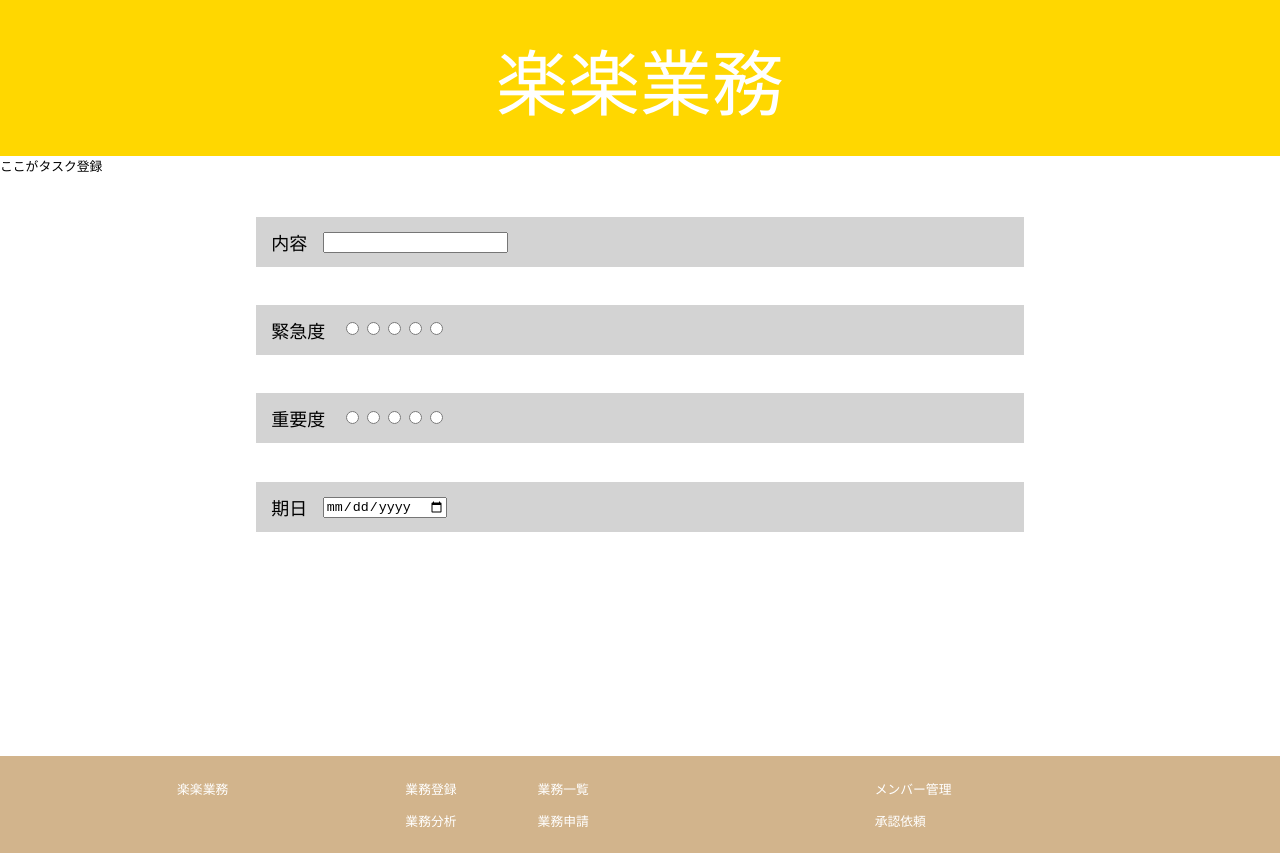
Repository: Reiya-1003/VueReplaceTask
Page: /#/register
These files come from the project's save history. The page is drawn as it stood at one moment and after a run of saves; the edit follows.
The browser window is 1280 px wide. The pictures show the whole page.
The project was rebuilt for these pictures with package versions that can differ from the ones it lists, and the page was loaded fresh each time. Also part of the build but not shown: vue.config.js, src/components/pages/PageHome.vue.

Above is the page before, as saved 2022-06-16 15:38:34.

### public/index.html
<!DOCTYPE html>
<html lang="">
  <head>
    <meta charset="utf-8">
    <meta http-equiv="X-UA-Compatible" content="IE=edge">
    <meta name="viewport" content="width=device-width,initial-scale=1.0">
    <link rel="icon" href="<%= BASE_URL %>favicon.ico">
    <link rel="stylesheet" href="style.css">
    <title><%= htmlWebpackPlugin.options.title %></title>
  </head>
  <body>
    <noscript>
      <strong>We're sorry but <%= htmlWebpackPlugin.options.title %> doesn't work properly without JavaScript enabled. Please enable it to continue.</strong>
    </noscript>
    <div id="app"></div>
    <!-- built files will be auto injected -->
  </body>
</html>

### src/main.js
import Vue from 'vue'
import App from './App.vue'
import router from './roter'

Vue.config.productionTip = false


new Vue({
  router,
  render: h => h(App),
}).$mount('#app')

### src/App.vue
<template>
  <div>
      <PageHeader />

        <!-- <PageHome /> -->
        <router-view />

      <PageFooter />
  </div>
</template>

<script>
import PageHeader from "./components/modules/PageHeader";
import PageFooter from "./components/modules/PageFooter";


export default {
  name: 'App',
  components: {
    PageHeader,
    PageFooter,


  },

}
</script>

<style>

</style>

### src/roter.js
import Vue from 'vue'
import VueRouter from 'vue-router'
import Home from '@/components/pages/PageHome.vue'
import Register from '@/components/pages/PageRegister.vue'




Vue.use(VueRouter)

export default new VueRouter({
  // デフォルトの挙動では URL に `#` が含まれる.
  // URL から hash を取り除くには `mode:history` を指定する
  // mode: 'history',
  base: __dirname,

  routes: [
    {
      path: '/',
      name: 'home',
      component: Home
    },
    {
      path: '/register',
      name: 'register',
      component: Register
    },



  ]

})

### src/components/modules/PageHeader.vue
<template>
  <header id="headerblock">

    <h1 id="title" ><router-link to="/" >楽楽業務</router-link></h1>


  </header>
</template>

<script>
export default {
  name: 'PageHeader',

}
</script>


<style lang="scss" type="text/css">
  #headerblock{
    height: 10%;
    width: 100%;
    background-color: #ffd700;
    h1{
      margin: 0;
      text-align: center;
      padding: 2%;
      color: white;
      font-size: 10vh;
      font-weight: normal;
      a{
      cursor: pointer;
      color: inherit;
      text-decoration: none;
    }
    }


  }
</style>

### src/components/modules/PageFooter.vue
<template>
  <div id="footblock">

    <div class="flexitem1">
      <p><router-link to="/" >楽楽業務</router-link></p>
    </div>
    <div class="flexitem2">
      <div>
        <!-- roter-linkになると思う -->
        <p><router-link to="/register">業務登録</router-link></p>
        <p>業務分析</p>
      </div>
      <div class="item">
        <p>業務一覧</p>
        <p>業務申請</p>
      </div>
    </div>
    <div class="flexitem3">
      <p>メンバー管理</p>
      <p>承認依頼</p>
    </div>


  </div>
</template>

<script>
export default {
  name: 'PageFooter',

}
</script>


<style lang="scss" type="text/css">
  #footblock{
    background-color: #d2b48c;
    color: white;
    display: flex;
    justify-content: space-around;

    .flexitem1{
      width: 100%;
      text-align: center;
      padding-top: 10px;
      padding-bottom: 10px;
      a{
      cursor: pointer;
      color: inherit;
      text-decoration: none;
      }
    }
    .flexitem2{
      width: 100%;
      display: flex;
      padding-top: 10px;
      padding-bottom: 10px;
      justify-content: flex-start;
      a{
      cursor: pointer;
      color: inherit;
      text-decoration: none;
      }
      .item{
        padding-left: 20%;
      }
    }
    .flexitem3{
      padding-top: 10px;
      padding-bottom: 10px;
      padding-left: 5%;
      width: 100%;
      a{
      cursor: pointer;
      color: inherit;
      text-decoration: none;
      }
    }
  }
</style>

### src/components/pages/PageRegister.vue
<template>
  <div style="height: 600px">
    <div>ここがタスク登録</div>

    <div class="listbox">
      <div class="listitem"><span>内容</span><span><input type="text"></span></div>
      <div class="listitem"><span>緊急度</span><span><input type="radio"><input type="radio"><input type="radio"><input type="radio"><input type="radio"></span></div>
      <div class="listitem"><span>重要度</span><span><input type="radio"><input type="radio"><input type="radio"><input type="radio"><input type="radio"></span></div>
      <div class="listitem"><span>期日</span><span><input type="date"></span></div>
    </div>

  </div>
</template>

<script>
export default {
  name: "PageRegister",
};
</script>

<style lang="scss" type="text/css">
.listbox {
  margin: 3px auto;
  height: 400px;
  width: 60%;
  display: flex;
  flex-direction: column;

  .listitem{
   height: 50px;
   display: flex;
   align-items: center;
   margin-top: 5%;
   background-color:lightgray;
   text-align: center;
   span{
     margin-left: 2%;
     font-size: large;
   }
  }




}
</style>

### public/style.css
body{
  margin: 0;
  font-size: 1vmax;
}

After the next 2 saves:
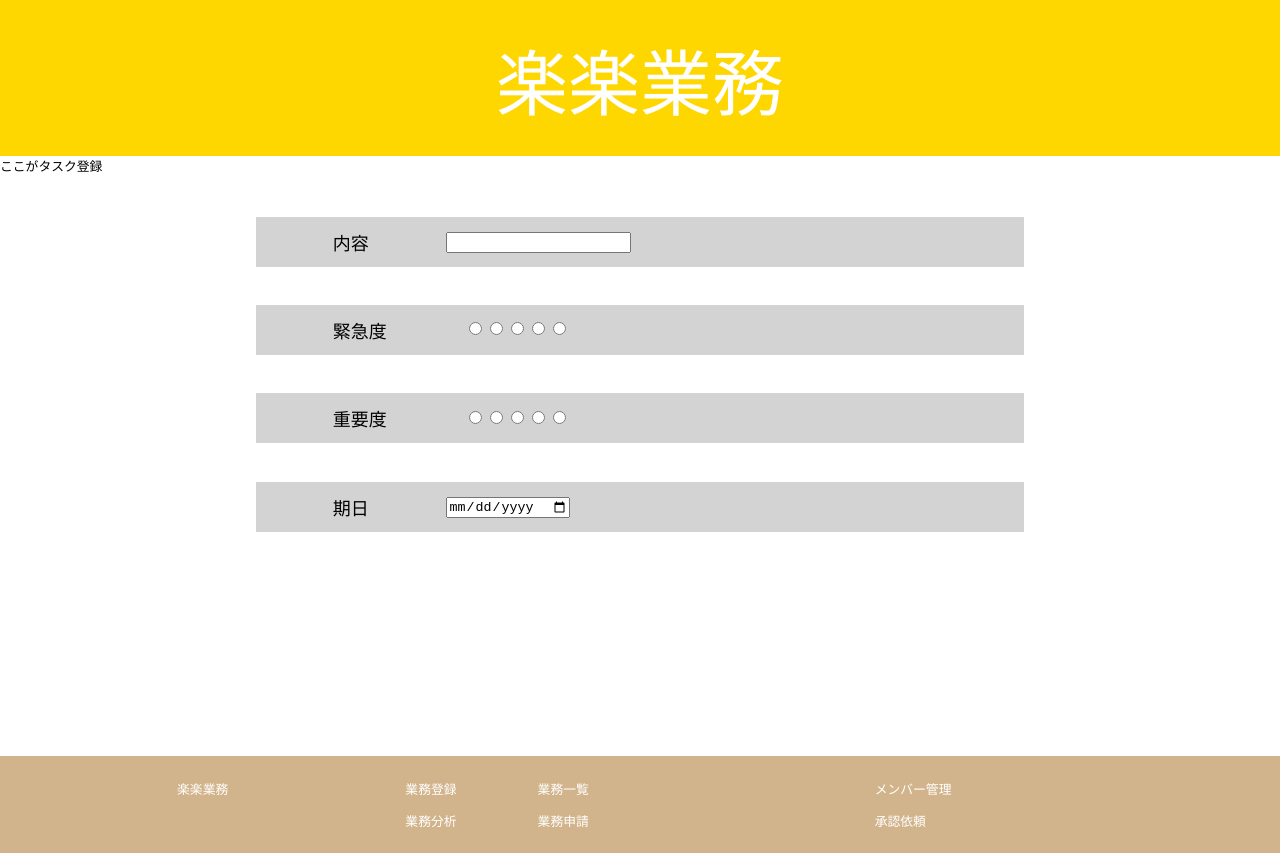
The 2 saves are shown as one change because they came seconds apart.
The last was saved 39 s later.
--- a/src/components/pages/PageRegister.vue
+++ b/src/components/pages/PageRegister.vue
@@ -34,8 +34,9 @@ export default {
    background-color:lightgray;
    text-align: center;
    span{
-     margin-left: 2%;
+     margin-left: 10%;
      font-size: large;
+
    }
   }
 
